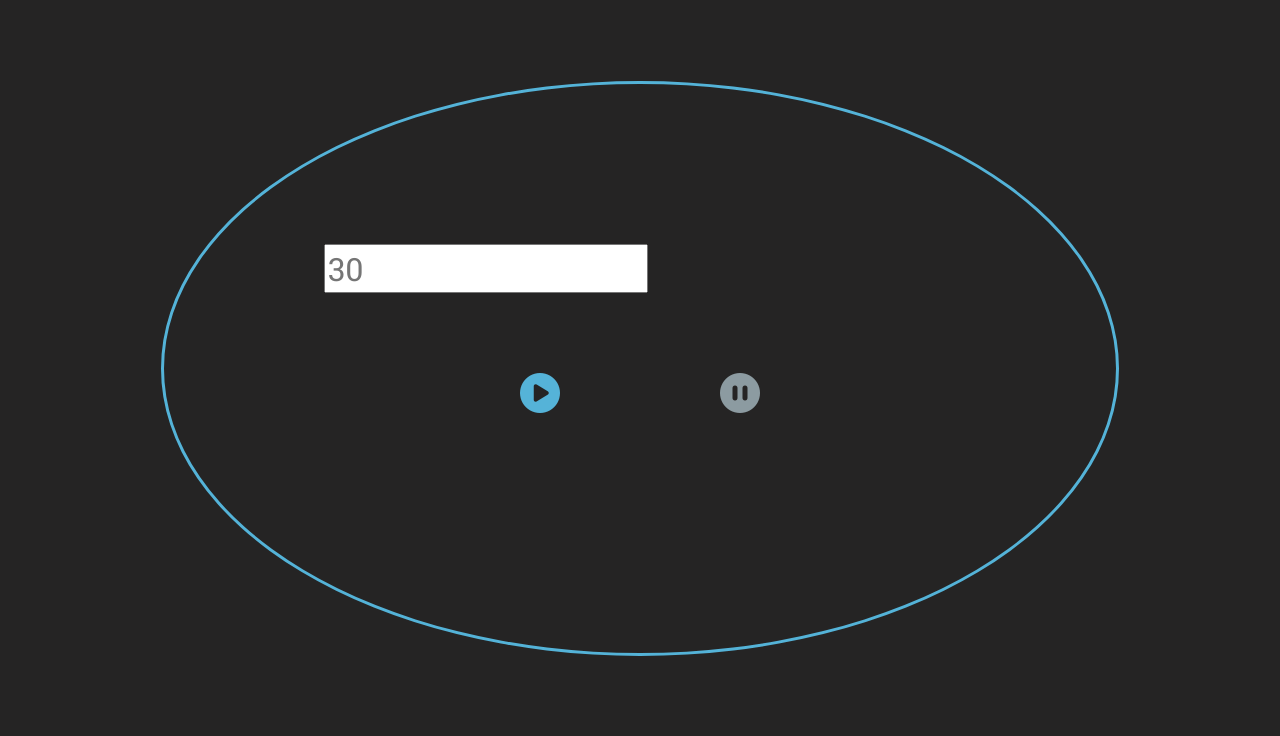
Repository: Sbethm/javascript-challenges
Page: index.html
The author's editor kept a copy of each file at every save. The page is drawn from the files as they stood at one save, then again after a run of saves.
The browser window is 1280 px wide. The pictures show the whole page.
Some web libraries are served in a nearby version. The style sheet was rebuilt from its Sass, Less or Tailwind sources for each picture, by a compiler version that may differ from the author's.

Above is the page before, as saved 2021-09-17 09:37:15.

### index.html
<!DOCTYPE html>
<html lang="en">
<head>
    <meta charset="UTF-8">
    <meta http-equiv="X-UA-Compatible" content="IE=edge">
    <meta name="viewport" content="width=device-width, initial-scale=1.0">
    <link rel="stylesheet" href="./CSS/main.css">
    <link rel="preconnect" href="https://fonts.googleapis.com">
    <link rel="preconnect" href="https://fonts.gstatic.com" crossorigin>
    <link href="https://fonts.googleapis.com/css2?family=Roboto+Slab&display=swap" rel="stylesheet">
    <script src="https://kit.fontawesome.com/4348baf125.js" crossorigin="anonymous"></script>
    <title>SarahMoosa: JavaScript Challenges</title>
</head>
<body>
    <header></header>
    <main>
        <div class="container">
            <input type="text" placeholder="30">
            <div class="btn-container">
                <i class="fas fa-play-circle"></i>
                <i class="fas fa-pause-circle"></i>
            </div>
        </div>
    </main>
</body>
</html>

### SCSS/main.scss
@import "./variables";

body {
    background-color: rgb(37, 36, 36);
}

main{
    height: 100vh;
    display: flex;
    align-items: center;
    justify-content: center;
}

.container {
    width: 50%;
    padding: 5em;
    margin: 0 auto;
    font-family: 'Roboto Slab', serif;
    font-size: 2rem;
    background-color: rgb(37, 36, 36);
    border: solid 3px rgb(84, 179, 216);
    border-radius: 100%;
}

.btn-container {
    display: flex;
    justify-content: center;
    //align-items: center;
}

input {
    width: 50%;
    margin: 0 auto;
    font-family: inherit;
    font-size: 100%;
}

i {
    padding: 2em;
    font-size: clamp(1rem, 75vw, 2.5rem);
}

.fa-pause-circle {
    color: $inactiveColor;
}

.fa-play-circle {
    color: $activeColor;
}

### SCSS/_variables.scss
//COLORS
$activeColor: hsl(197, 63%, 59%);
$inactiveColor: hsl(197, 10%, 59%);

After the next 2 saves:
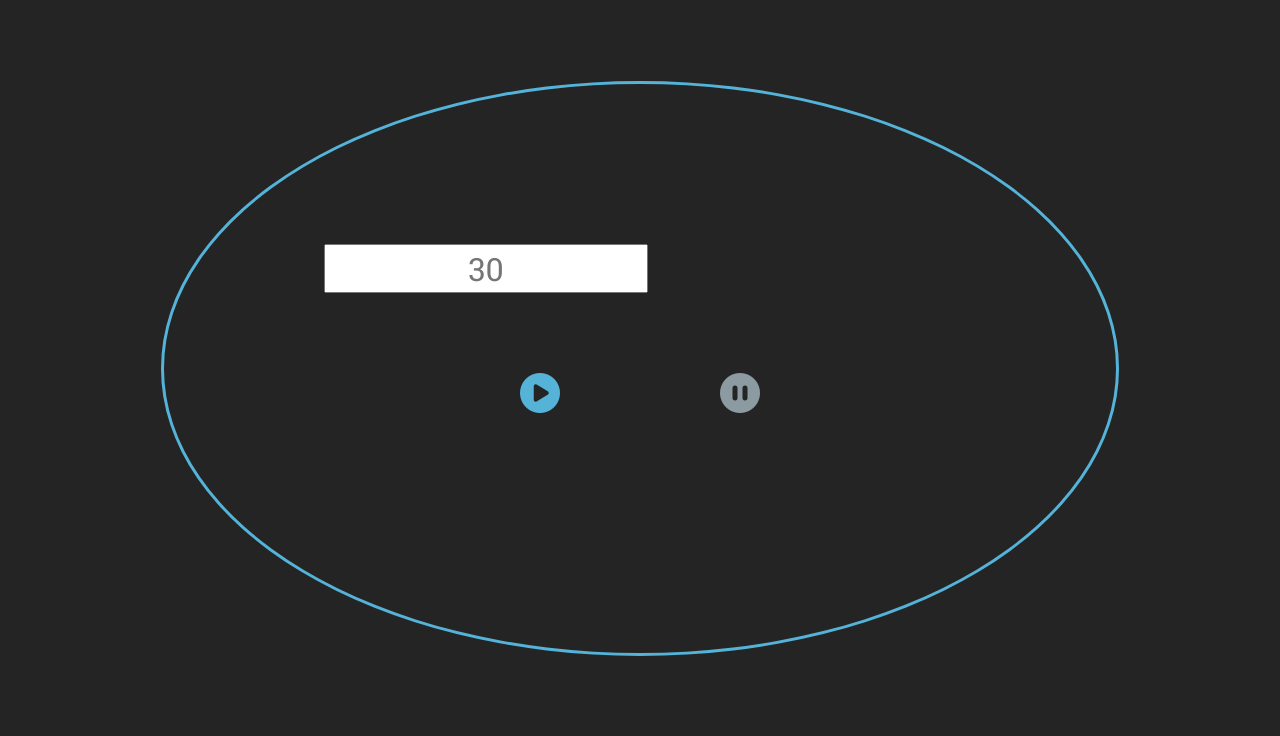
The 2 saves are shown as one change because they came seconds apart.
The last was saved 54 s later.
--- a/SCSS/main.scss
+++ b/SCSS/main.scss
@@ -30,7 +30,7 @@ main{
 
 input {
     width: 50%;
-    margin: 0 auto;
+    text-align: center;
     font-family: inherit;
     font-size: 100%;
 }
